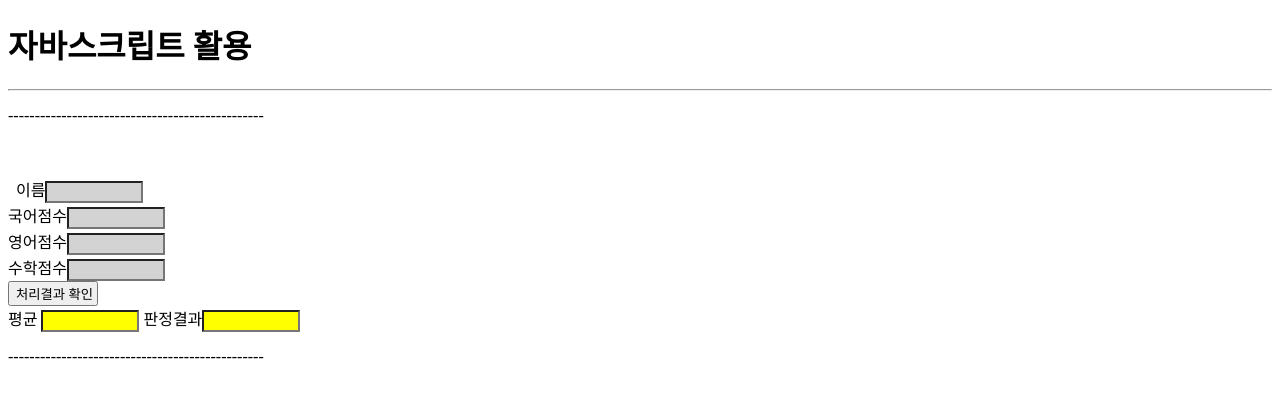
Repository: lolsoyeon/WebStudy
Page: WebApp03/WebContent/Test016_1.html
These files come from the project's save history. The page is drawn as it stood at one moment and after the next save; the edit follows.
The browser window is 1280 px wide. The pictures show the whole page.

Above is the page before, as saved 2022-09-29 08:22:04.

After the next save:
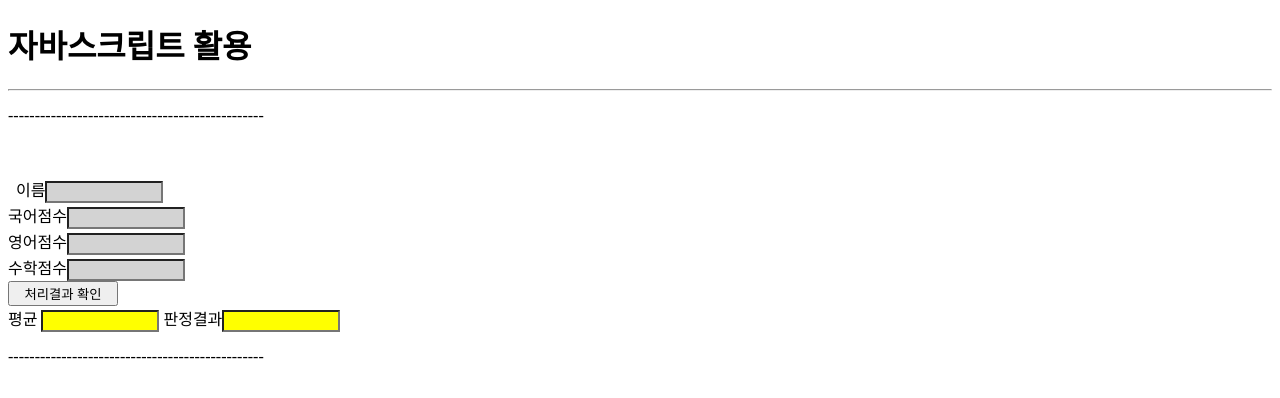
Saved 7 s later.
--- a/WebApp03/WebContent/Test016_1.html
+++ b/WebApp03/WebContent/Test016_1.html
@@ -5,7 +5,7 @@
 <title>Test016.html</title>
 
 <style type="text/css">
-	input {font-family: 나눔고딕코딩; width: 90px;}
+	input {font-family: 나눔고딕코딩; width: 110px;}
 	.student {background-color: lightgray;}
 	.result {background-color: yellow;}
 
